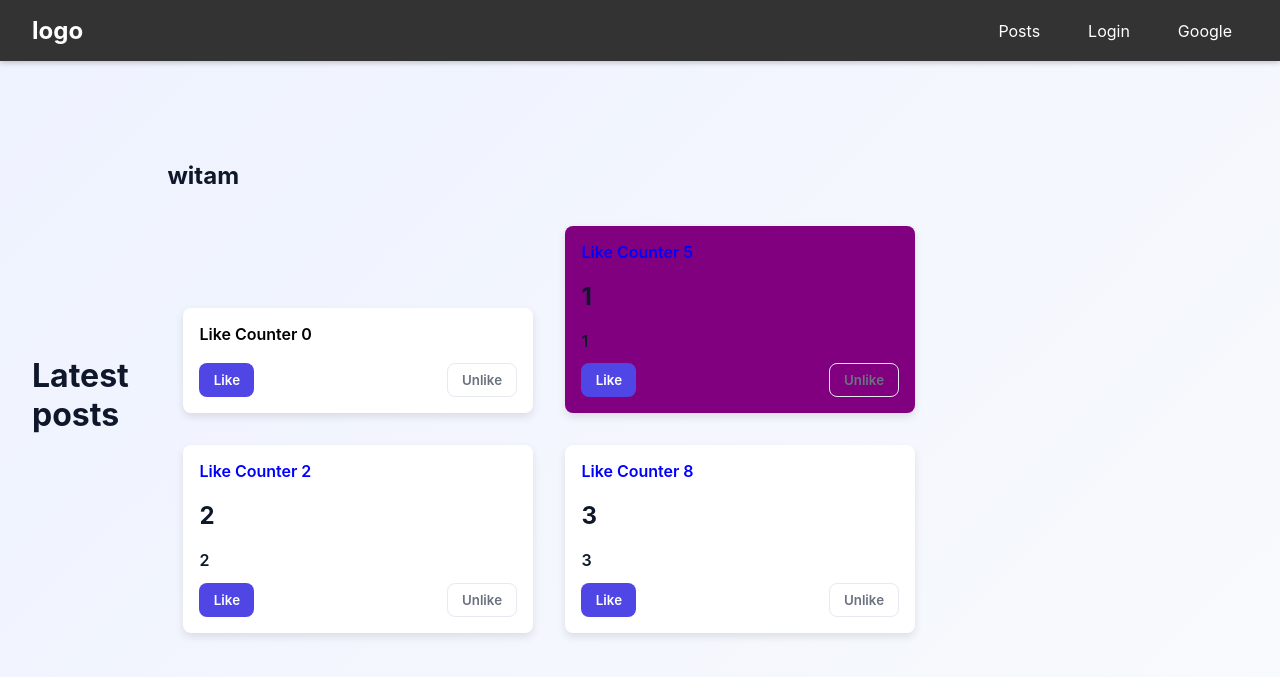
Repository: KrystianTrzy/reactapt
Page: /
The author's editor kept a copy of each file at every save. The page is drawn from the files as they stood at one save, then again after a run of saves.
The browser window is 1280 px wide. The pictures show the whole page.
The project was rebuilt for these pictures with package versions that can differ from the ones it lists, and the page was loaded fresh each time. Also part of the build but not shown: src/pages/login.js, src/pages/postdetail/postdetail.js.

Above is the page before, as saved 2025-11-22 12:06:29.

### src/index.js
import React from "react";
import ReactDOM from "react-dom/client";
import "./index.css";
import App from "./App";
import LikeCounter from "./components/App/LikeCounter/LikeCounter";

const root = ReactDOM.createRoot(document.getElementById("root"));
root.render(
  <React.StrictMode>
    <App />
  </React.StrictMode>
);

// If you want to start measuring performance in your app, pass a function
// to log results (for example: reportWebVitals(console.log))
// or send to an analytics endpoint. Learn more: https://bit.ly/CRA-vitals

### src/index.css
:root {
  --bg: #f6f8ff;
  --card: #ffffff;
  --accent: #4f46e5;
  --muted: #6b7280;
  --radius: 12px;
}

* {
  box-sizing: border-box;
}

html,
body,
#root {
  height: 100%;
}

body {
  margin: 0;
  font-family: Inter, system-ui, -apple-system, "Segoe UI", Roboto,
    "Helvetica Neue", Arial;
  background: linear-gradient(135deg, #eef2ff 0%, #f8fafc 100%);
  color: #0f172a;
  -webkit-font-smoothing: antialiased;
  -moz-osx-font-smoothing: grayscale;
}

#root {
  display: flex;
  align-items: center;
  justify-content: center;
  padding: 2rem;
}

.App {
  width: 100%;
  max-width: 920px;
  background: rgba(255, 255, 255, 0.9);
  border-radius: var(--radius);
  box-shadow: 0 8px 30px rgba(2, 6, 23, 0.08);
  padding: 2rem;
}

ul {
  padding-left: 1.1rem;
}

button {
  font-family: inherit;
}

.login-form {
  display: flex;
  flex-direction: column;
  gap: 1rem;
  color: blue;
}

### src/App.js
import { BrowserRouter, Routes, Route } from "react-router-dom";
import Posts from "./pages/Posts";
import Login from "./pages/login";
import PostDetail from "./pages/postdetail/postdetail";
import Nav from "./components/nav/nav";

function App() {
  const name = "Krystian";
  const names = ["Adrian", "Maciek", "Pawel", "Bartek"];
  return (
    <BrowserRouter>
      <Nav />
      <Routes>
        <Route path="/" element={<Posts />} />
        <Route path="/posts" element={<Posts />} />
        <Route path="/login" element={<Login />} />
        <Route path="/postdetail/:id" element={<PostDetail />} />
      </Routes>
    </BrowserRouter>
  );
}

export default App;

### src/components/App/LikeCounter/LikeCounter.js
import React, { useState, useEffect, use } from 'react'
import './LikeCounter.css'

function LikeCounter({ color, title, description, count = 0 }) {
    const [likes, setLikes] = useState(Number(count));
    const handleLike = () => {
        setLikes(likes + 1);
    };

    useEffect(() => {
        console.log(`Likes updated: ${likes}`);
        document.title = `Likes: ${likes}`;
        if (likes > 20) {
            document.title = `dużo: ${likes}`;
        }


}, [likes]);

    const handleUnlike = () => {
        if (likes > 0) {
            setLikes(likes - 1);
        }
    };

    return (
        <div className="post" style={{backgroundColor: color }}>
            <p style={{ color: likes > 0 ? 'blue' : 'black' }}>Like Counter {likes}</p>
            <h2>{title}</h2>
            <p>{description}</p>
            <div className="actions">
                <button onClick={handleLike}>Like</button>
                <button onClick={handleUnlike}>Unlike</button>
            </div>
        </div>
    )
}

export default LikeCounter;

### src/pages/Posts.js
import LikeCounter from "../components/App/LikeCounter/LikeCounter";

function Posts() {
  return (
    <>
      <h1>Latest posts</h1>
      <article>
        <div className="posts">
          <h1>witam</h1>
          <LikeCounter />
          <LikeCounter color="purple" title="1" description="1" count="5" />

          <LikeCounter title="2" description="2" count="2" />

          <LikeCounter title="3" description="3" count="8" />
        </div>
      </article>
    </>
  );
}
export default Posts;

### src/components/nav/nav.js
import "./nav.css";
import { Link } from "react-router-dom";

function Nav() {
  return (
    <nav className="navbar">
      <span className="logo">logo</span>

      <div className="menu">
        <Link to="/posts">Posts</Link>
        <Link to="/login">Login</Link>
        <a href="https://google.com" target="_blank" rel="noopener noreferrer">
          Google
        </a>
      </div>
    </nav>
  );
}

export default Nav;

### src/components/App/LikeCounter/LikeCounter.css
.post {
  box-shadow: 0 4px 8px rgba(0, 0, 0, 0.1);
  padding: 1rem;
  width: 350px;
  border-radius: 0.5rem;
  background: var(--card);
  margin: 1rem;
  color: #0f172a;
  display: inline-block;
}

.actions {
  display: flex;
  flex-direction: row;
  justify-content: space-between;
}

.post p {
  margin: 0 0 0.8rem 0;
  font-weight: 600;
}

.actions button {
  padding: 0.5rem 0.9rem;
  border-radius: 8px;
  border: none;
  cursor: pointer;
  font-weight: 600;
}

.actions button:first-child {
  background: var(--accent);
  color: white;
}

.actions button:last-child {
  background: transparent;
  color: var(--muted);
  border: 1px solid #e6e9ef;
}

.actions button:hover {
  transform: translateY(-1px);
}

### src/components/nav/nav.css
/* Make the navigation bar fixed at the top */
.navbar {
  position: fixed;
  top: 0;
  left: 0;
  width: 100%;
  z-index: 1000;
  display: flex;
  justify-content: space-between;
  align-items: center;
  background-color: #333;
  padding: 1rem 2rem;
  color: white;
  box-shadow: 0 2px 5px rgba(0, 0, 0, 0.2);
}

body {
  margin: 0;
  padding-top: 70px; /* Adjust this value based on the navbar height */
}

.navbar a {
  color: white;
  text-decoration: none;
  margin: 0 1rem;
  font-size: 1rem;
}

.navbar a:hover {
  text-decoration: underline;
}

.navbar .logo {
  font-size: 1.5rem;
  font-weight: bold;
}

.navbar .menu {
  display: flex;
  gap: 1rem;
}

Loaded but not shown: public/index.html (common file)

After the next 2 saves:
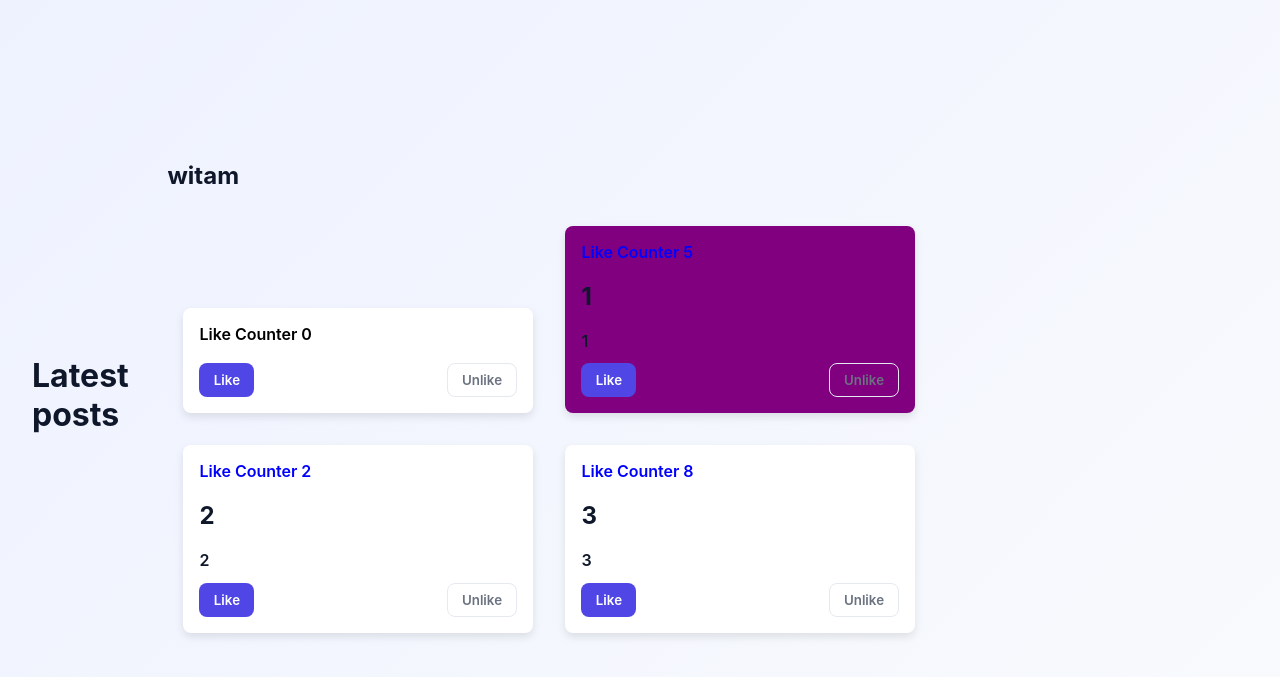
The 2 saves are shown as one change because they came seconds apart.
The last was saved 48 s later.
--- a/src/App.js
+++ b/src/App.js
@@ -8,8 +8,8 @@
   const name = "Krystian";
   const names = ["Adrian", "Maciek", "Pawel", "Bartek"];
   return (
+
     <BrowserRouter>
-      <Nav />
       <Routes>
         <Route path="/" element={<Posts />} />
         <Route path="/posts" element={<Posts />} />

After the save that followed:
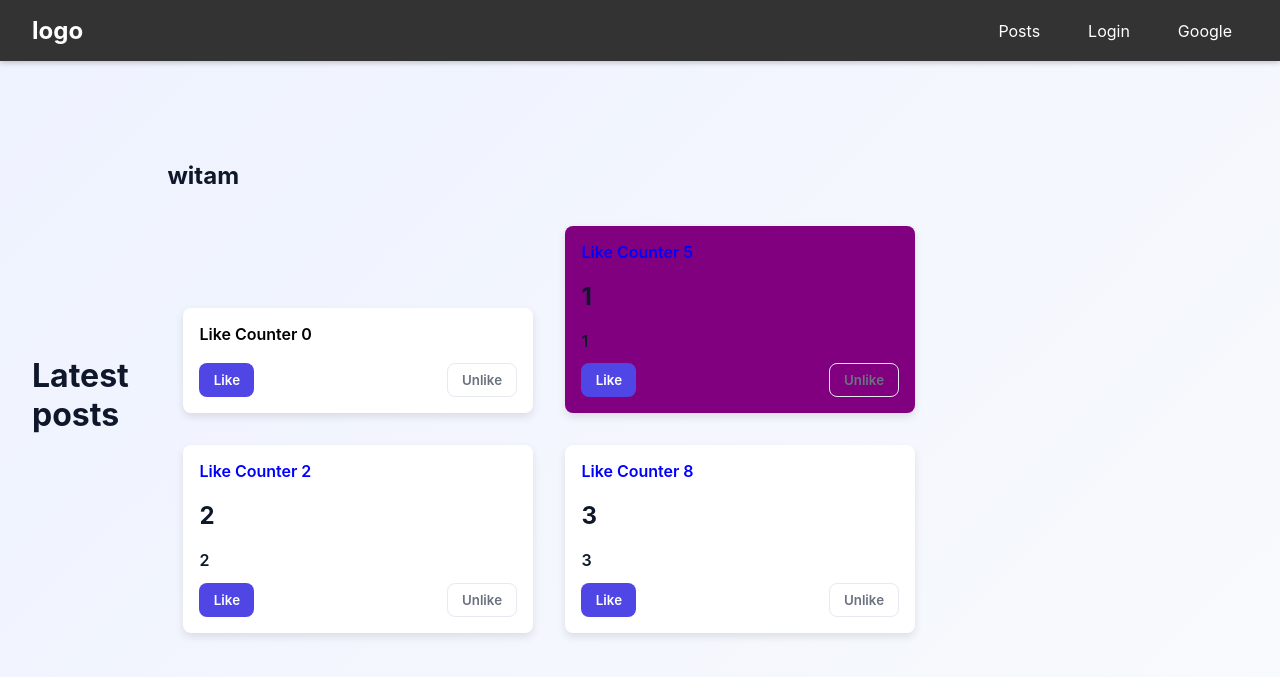
Saved 16 s later.
--- a/src/App.js
+++ b/src/App.js
@@ -8,8 +8,8 @@
   const name = "Krystian";
   const names = ["Adrian", "Maciek", "Pawel", "Bartek"];
   return (
-
     <BrowserRouter>
+      <Nav />
       <Routes>
         <Route path="/" element={<Posts />} />
         <Route path="/posts" element={<Posts />} />
